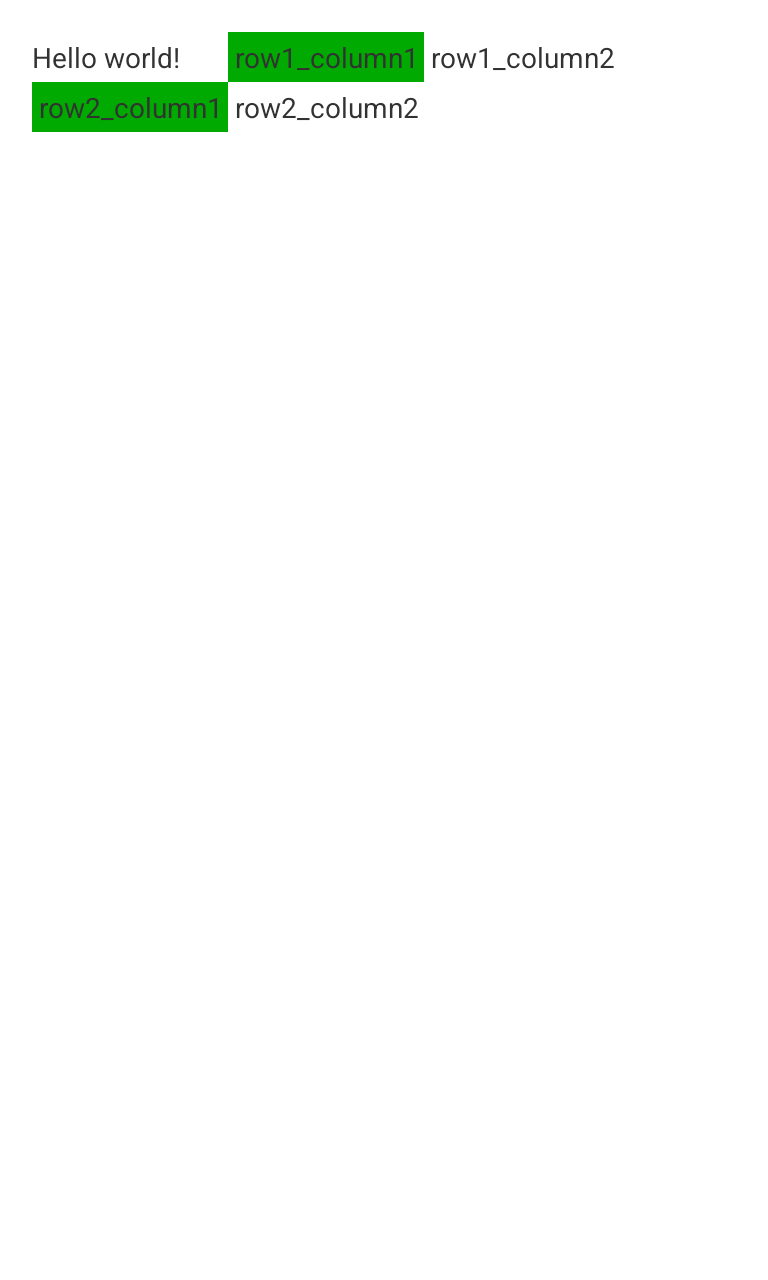
Repository: HouJun11220033/Android
Layout: Layout_02/res/layout/main.xml
These files come from the project's save history. The layout is drawn as it stood at one moment and after the next save; the edit follows.
It is drawn on a 768 x 1280 px phone screen (xhdpi) without system bars, with theme AppTheme; the app's code is not run.

Above is the layout before, as saved 2016-09-15 13:20:15.

### Layout_02/res/layout/main.xml
<TableLayout xmlns:android="http://schemas.android.com/apk/res/android"
    xmlns:tools="http://schemas.android.com/tools"
    android:layout_width="match_parent"
    android:layout_height="match_parent"
    android:paddingBottom="@dimen/activity_vertical_margin"
    android:paddingLeft="@dimen/activity_horizontal_margin"
    android:paddingRight="@dimen/activity_horizontal_margin"
    android:paddingTop="@dimen/activity_vertical_margin"
    tools:context="com.example.MainActivity" >

    <TableRow>

        <TextView
            android:layout_width="wrap_content"
            android:layout_height="wrap_content"
            android:text="@string/hello_world" />

        <TextView
            android:background="#00aa00"
            android:gravity="center_horizontal"
            android:padding="3dip"
            android:text="@string/row1_column1" />

        <TextView
            android:gravity="center_horizontal"
            android:padding="3dip"
            android:text="@string/row1_column2" />
    </TableRow>

    <TableRow>

        <TextView
            android:background="#00aa00"
            android:gravity="center_horizontal"
            android:padding="3dip"
            android:text="@string/row2_column1" />

        <TextView
            android:gravity="right"
            android:padding="3dip"
            android:text="@string/row2_column2" >
        </TextView>
    </TableRow>

</TableLayout>

### Layout_02/res/values/strings.xml
<?xml version="1.0" encoding="utf-8"?>
<resources>

    <string name="app_name">Layout_02</string>
    <string name="hello_world">Hello world!</string>
    <string name="action_settings">Settings</string>
    <string name="row1_column1">row1_column1</string>
    <string name="row1_column2">row1_column2</string>
    <string name="row2_column1">row2_column1</string>
    <string name="row2_column2">row2_column2</string>

</resources>

Loaded but not shown: Layout_02/res/values/styles.xml (common file); Layout_02/res/values-v11/styles.xml (common file); Layout_02/res/values-v14/styles.xml (common file); Layout_02/res/values/dimens.xml (common file); Layout_02/res/values-w820dp/dimens.xml (common file)

After the next save:
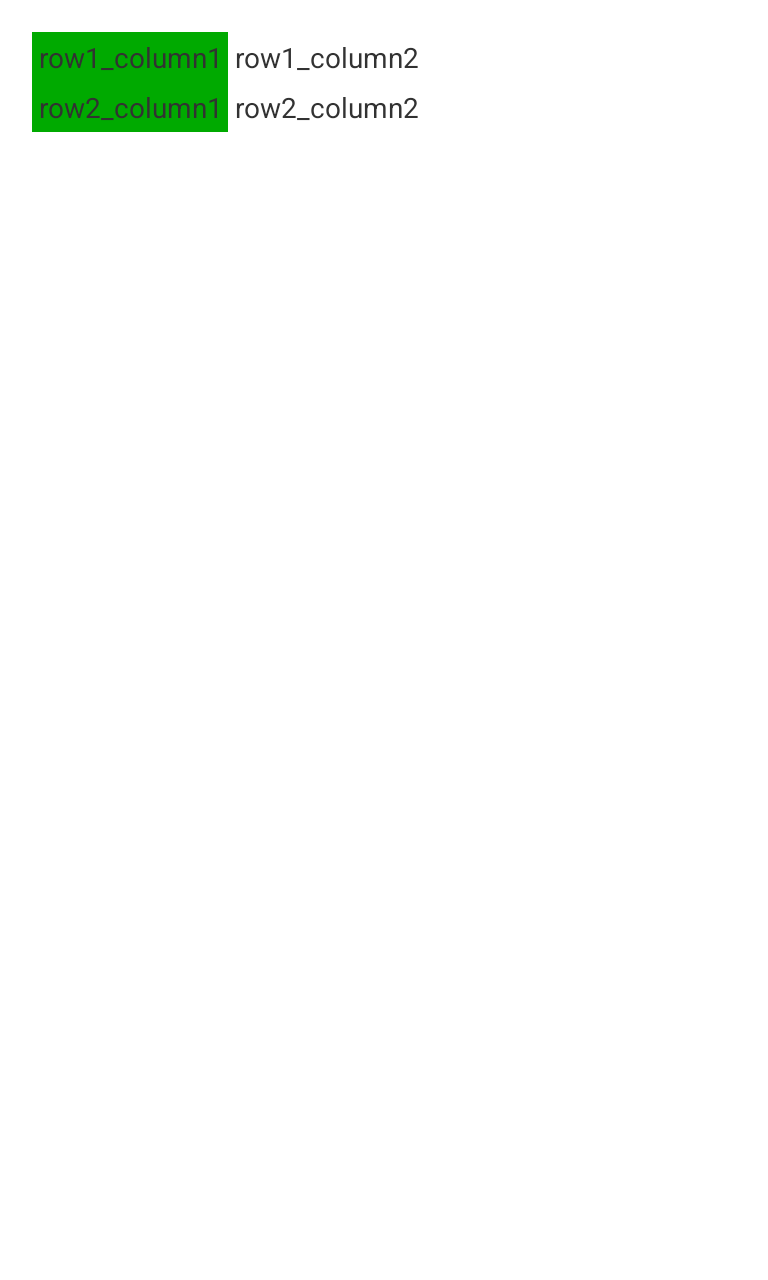
Saved 16 s later.
--- a/Layout_02/res/layout/main.xml
+++ b/Layout_02/res/layout/main.xml
@@ -10,10 +10,10 @@
 
     <TableRow>
 
-        <TextView
-            android:layout_width="wrap_content"
-            android:layout_height="wrap_content"
-            android:text="@string/hello_world" />
+<!--         <TextView -->
+<!--             android:layout_width="wrap_content" -->
+<!--             android:layout_height="wrap_content" -->
+<!--             android:text="@string/hello_world" /> -->
 
         <TextView
             android:background="#00aa00"
